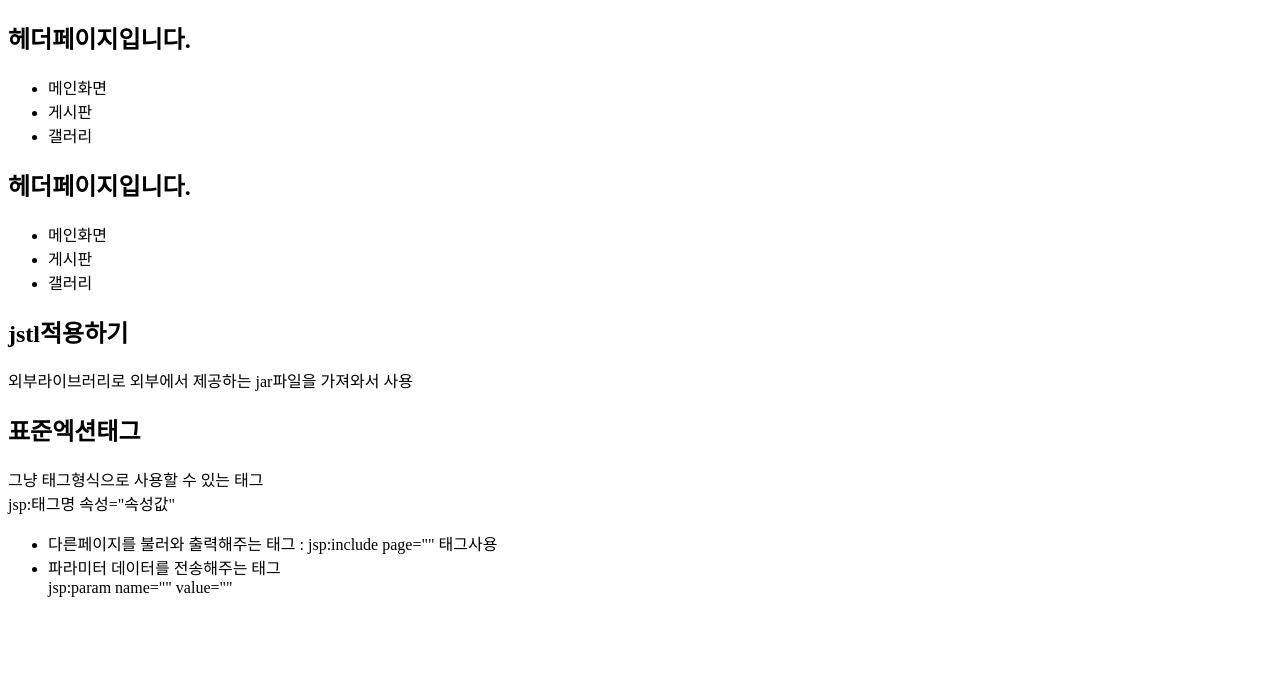
Repository: yongmin0309/mybatis1
Page: http://localhost/eL_JSTL/
These files come from the project's save history. The page is drawn as it stood at one moment and after the next save; the edit follows.
The browser window is 1280 px wide. The pictures show the whole page.
The page is served by Tomcat 9. Other server files are loaded and not shown.

Above is the page before, as saved 2024-04-20 05:17:13.

### work/eL_JSTL/src/main/webapp/index.jsp
<%@ page language="java" contentType="text/html; charset=UTF-8"
    pageEncoding="UTF-8"%>
<!-- 이용할 jstl태그를 선언해야함 -->
<%@ taglib prefix="c" uri="http://java.sun.com/jsp/jstl/core" %>
<%@ taglib prefix="fmt" uri="http://java.sun.com/jsp/jstl/fmt" %>
<%@ include file="/views/common/header.jsp" %>
<!DOCTYPE html>
<html>
<head>
<meta charset="UTF-8">
<title>jstl</title>
</head>
<body>
	<h2>헤더페이지입니다.</h2>
	<ul>
		<li>메인화면</li>
		<li>게시판</li>
		<li>갤러리</li>
	</ul>

	<h2>jstl적용하기</h2>
	<p>외부라이브러리로 외부에서 제공하는 jar파일을 가져와서 사용</p>

	<h2>표준엑션태그</h2>
	<p>
		그냥 태그형식으로 사용할 수 있는 태그<br>
		jsp:태그명 속성="속성값"
	</p>

	<ul>
		<li>
			다른페이지를 불러와 출력해주는 태그 : jsp:include  page="" 태그사용
		</li>
		<li>
			파라미터 데이터를 전송해주는 태그 <br>
			jsp:param name="" value=""
		</li>
	</ul>
</body>
</html>

### work/eL_JSTL/src/main/webapp/views/common/header.jsp
<%@ page language="java" contentType="text/html; charset=UTF-8"
    pageEncoding="UTF-8"%>
<!DOCTYPE html>
<html>
<head>
<meta charset="UTF-8">
<title>근명고등학교</title>
</head>
<body>
	<h2>헤더페이지입니다.</h2>
	<ul>
		<li>메인화면</li>
		<li>게시판</li>
		<li>갤러리</li>
	</ul>

After the next save:
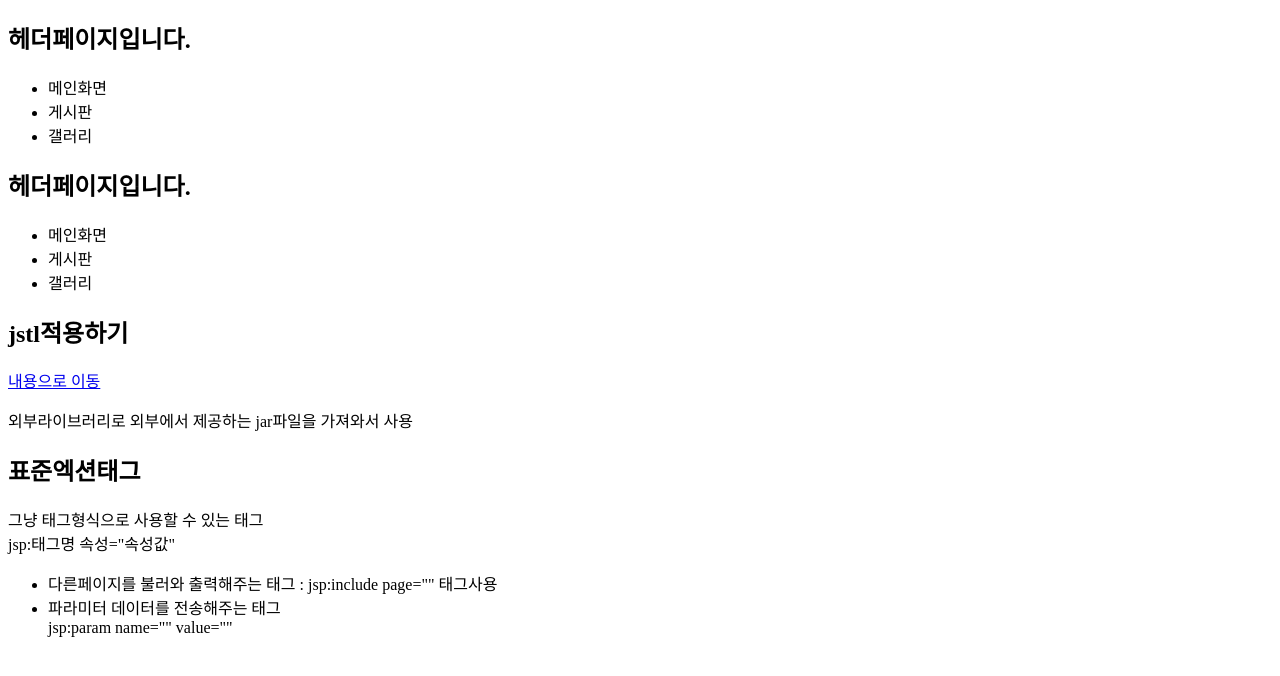
Saved 41 s later.
--- a/work/eL_JSTL/src/main/webapp/index.jsp
+++ b/work/eL_JSTL/src/main/webapp/index.jsp
@@ -19,6 +19,7 @@
 	</ul>
 
 	<h2>jstl적용하기</h2>
+	<a href="views/content.jsp">내용으로 이동</a>
 	<p>외부라이브러리로 외부에서 제공하는 jar파일을 가져와서 사용</p>
 
 	<h2>표준엑션태그</h2>
